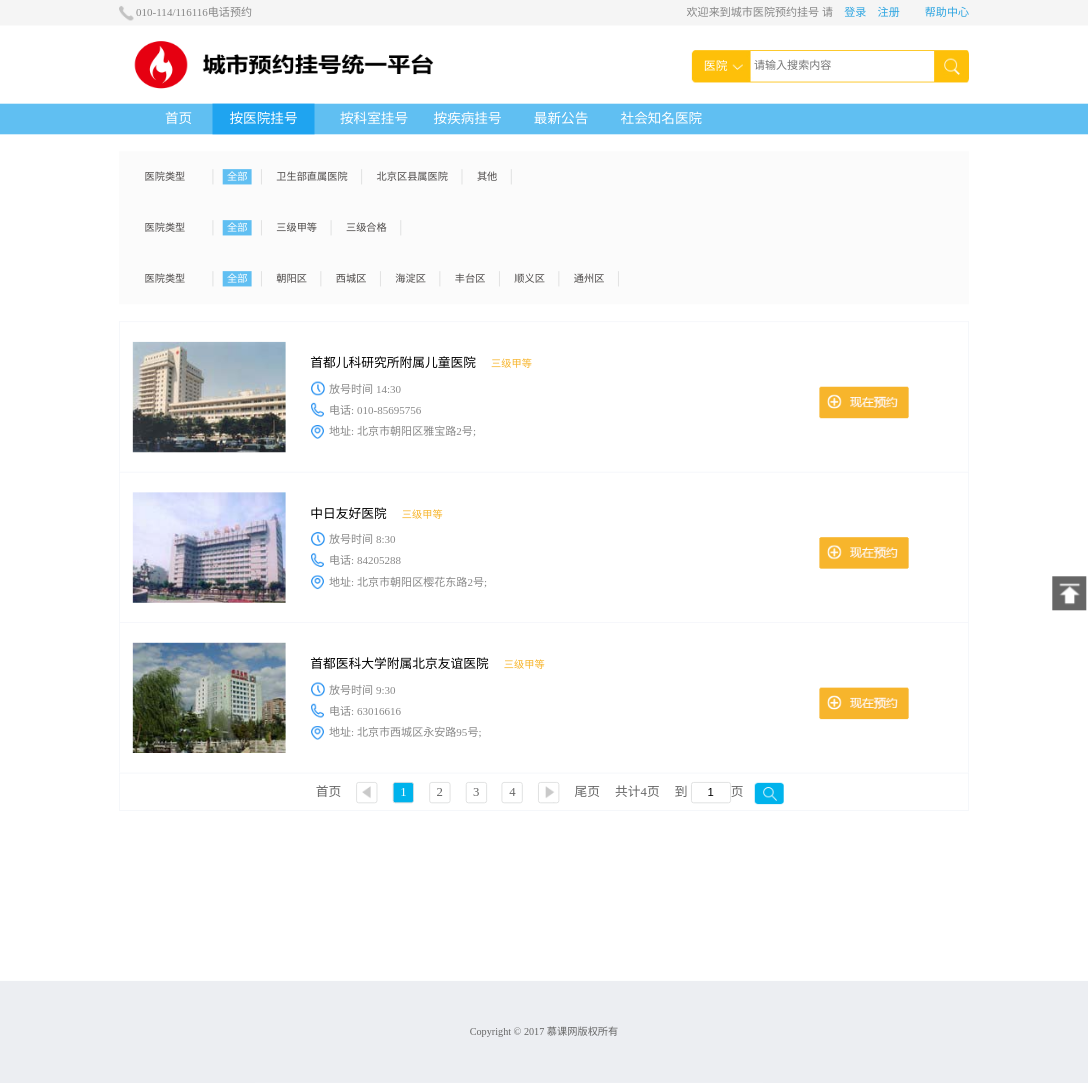
Repository: ScarApocalypse/study
Page: 挂号平台/hosptial.html
The author's editor kept a copy of each file at every save. The page is drawn from the files as they stood at one save, then again after the next save.
The browser window is 1280 px wide. The pictures show the whole page, at 85% of full size.

Above is the page before, as saved 2019-01-22 17:13:04.

After the next save:
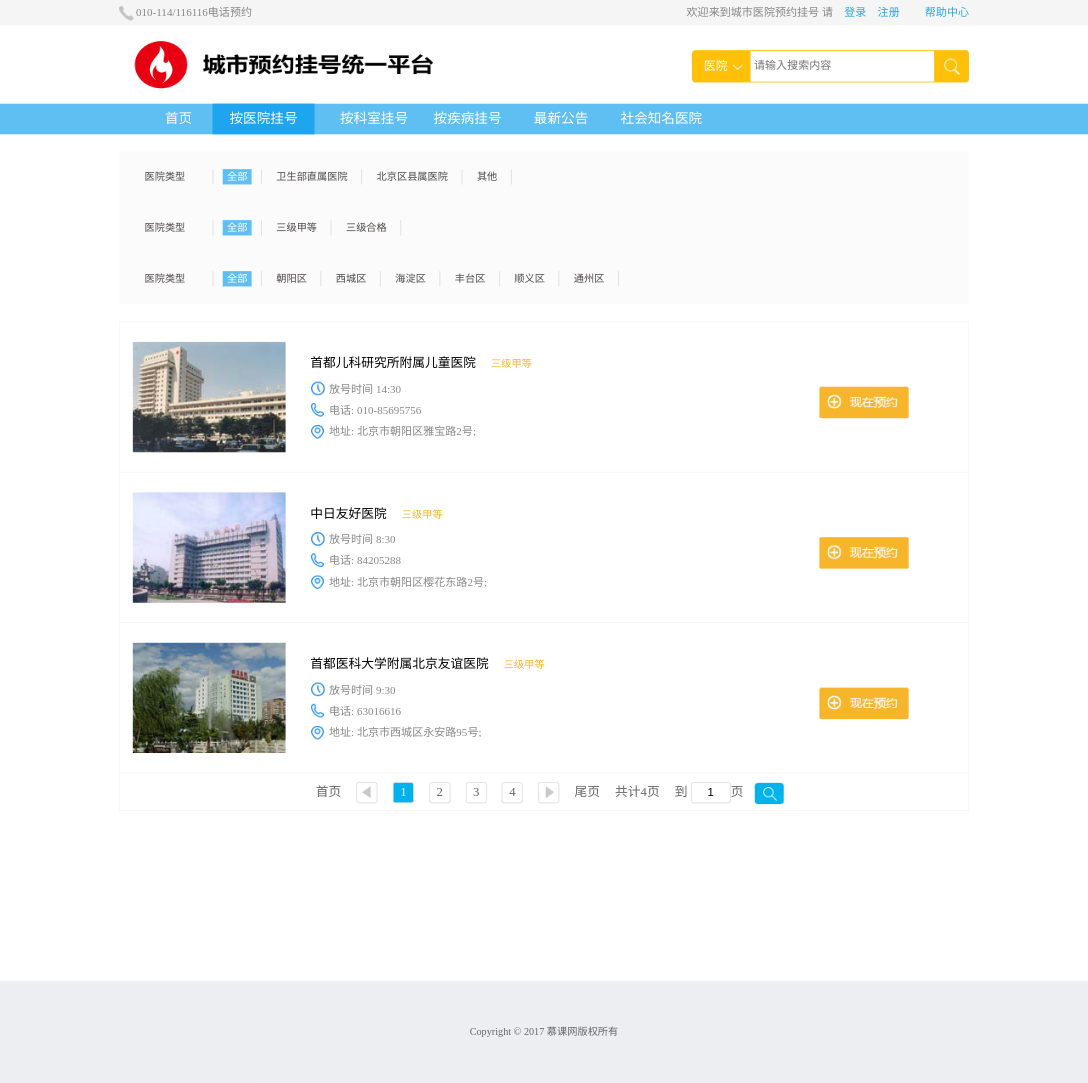
Saved 2 h 53 min later.
--- a/挂号平台/hosptial.html
+++ b/挂号平台/hosptial.html
@@ -165,7 +165,7 @@
         Copyright &copy 2017 慕课网版权所有
     </div>
     <!-- 回到顶部 -->
-    <a class="go-top" href="#"></a>
+    <!-- <a class="go-top" href="#"></a> -->
     <script type="text/javascript" src="js/ui.js"></script>
 </body>
 
